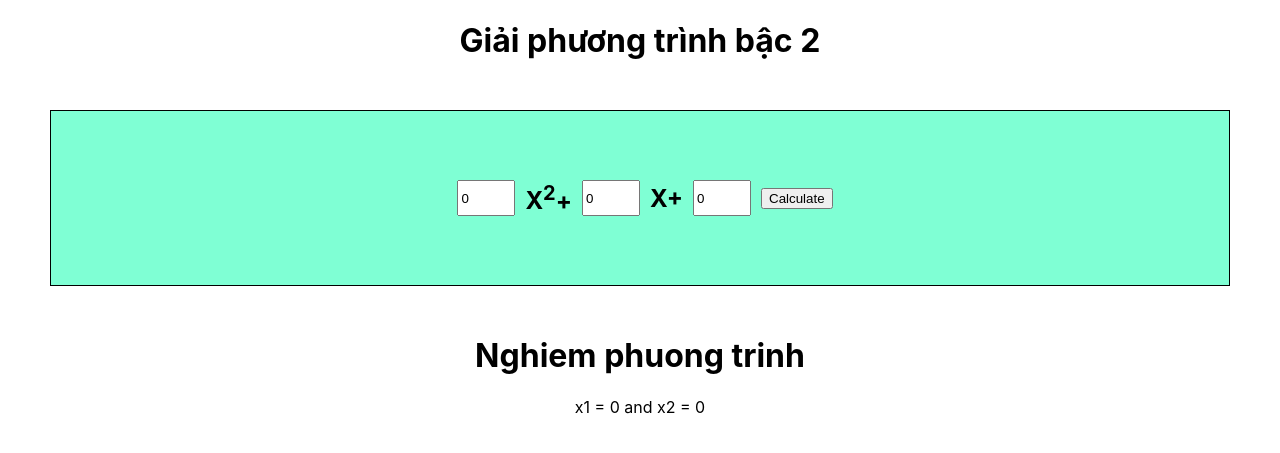
Repository: Trinvm1997/ReactExercise
Page: / (app in quadratic_equation/)
An editor plug-in stored every save of this project. The page is shown before and after the next save, followed by the edit.
The browser window is 1280 px wide. The pictures show the whole page.
The project was rebuilt for these pictures with package versions that can differ from the ones it lists, and the page was loaded fresh each time.

Above is the page before, as saved 2020-12-24 10:30:51.

### quadratic_equation/src/App.js
import './App.css';
import React, { Component } from 'react';

class App extends Component {
  constructor(props) {
    super(props);
    this.state = {
      inputA:0,
      inputB:0,
      inputC:0,
      x1:0,
      x2:0

    };
    this.handleChange = this.handleChange.bind(this);
    this.handleSubmit = this.handleSubmit.bind(this);

  }

  handleChange(event) {
    const value = event.target.value;
    const name = event.target.name;
    this.setState({
      [name]: value
    });
  }

  handleSubmit(event) {
    event.preventDefault();
    if(Math.pow(this.state.inputB,2) - 4*this.state.inputA*this.state.inputC < 0){
      this.setState({
          x1: "undefined",
          x2: "undefined"
        });
    }else{
      this.setState({
      x1: (- this.state.inputB + Math.sqrt(Math.pow(this.state.inputB,2) - 4*this.state.inputA*this.state.inputC))/(2*this.state.inputA),
      x2: (- this.state.inputB - Math.sqrt(Math.pow(this.state.inputB,2) - 4*this.state.inputA*this.state.inputC))/(2*this.state.inputA)
    });
  }
}

  render() {
    return (
      <div className="App">
        <h1>Giải phương trình bậc 2 </h1>
        <form>
          <input type="number" name="inputA" value={this.state.inputA} onChange={this.handleChange}></input>
          <h2>X<sup>2</sup>+</h2>
          <input type="number" name="inputB" value={this.state.inputB} onChange={this.handleChange}></input>
          <h2>X+</h2>
          <input type="number" name="inputC" value={this.state.inputC} onChange={this.handleChange}></input>
          <button onClick={this.handleSubmit}>Calculate</button>
        </form>
        <h1>Nghiem phuong trinh</h1>
        <p>x1 = {this.state.x1} and x2 = {this.state.x2}</p>
      </div>
    );
  }
}

export default App;

### quadratic_equation/src/App.css
.App {
  text-align: center;
}

.App-logo {
  height: 40vmin;
  pointer-events: none;
}

@media (prefers-reduced-motion: no-preference) {
  .App-logo {
    animation: App-logo-spin infinite 20s linear;
  }
}

.App-header {
  background-color: #282c34;
  min-height: 100vh;
  display: flex;
  flex-direction: column;
  align-items: center;
  justify-content: center;
  font-size: calc(10px + 2vmin);
  color: white;
}

.App-link {
  color: #61dafb;
}

form {
  display: flex;
  justify-content: center;
  border: 1px solid black;
  margin: 50px;
  padding: 50px;
  align-items: center;
  background-color: aquamarine;
}

form input {
  margin-left: 10px;
  margin-right: 10px;
}

input {
  width: 50px;
  height: 30px
}

@keyframes App-logo-spin {
  from {
    transform: rotate(0deg);
  }
  to {
    transform: rotate(360deg);
  }
}

Loaded but not shown: quadratic_equation/public/index.html (common file); quadratic_equation/src/index.js (common file); quadratic_equation/src/index.css (common file); quadratic_equation/src/reportWebVitals.js (common file)

After the next save:
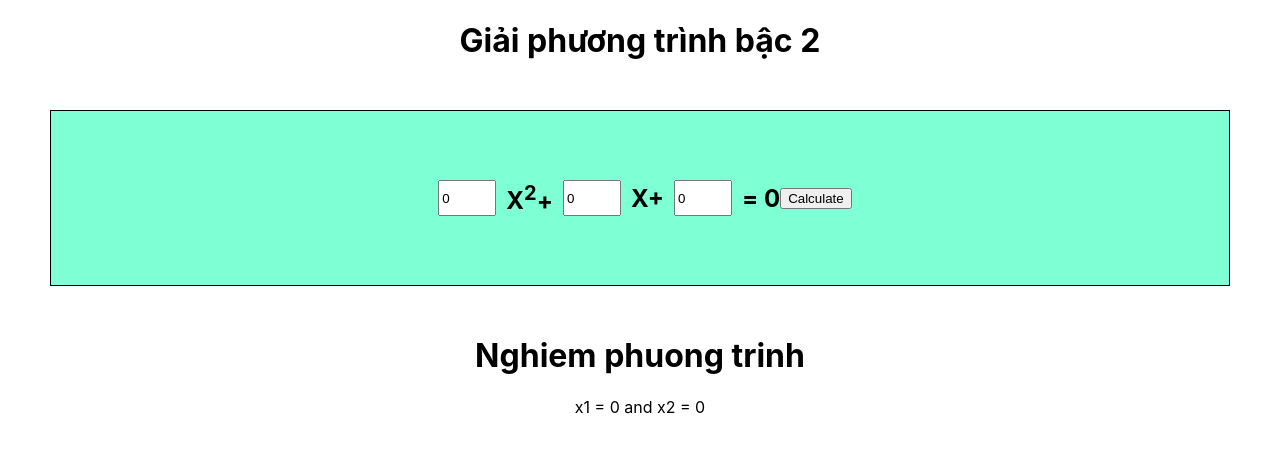
Saved 49 s later.
--- a/quadratic_equation/src/App.js
+++ b/quadratic_equation/src/App.js
@@ -50,6 +50,7 @@ class App extends Component {
           <input type="number" name="inputB" value={this.state.inputB} onChange={this.handleChange}></input>
           <h2>X+</h2>
           <input type="number" name="inputC" value={this.state.inputC} onChange={this.handleChange}></input>
+          <h2>= 0</h2>
           <button onClick={this.handleSubmit}>Calculate</button>
         </form>
         <h1>Nghiem phuong trinh</h1>
